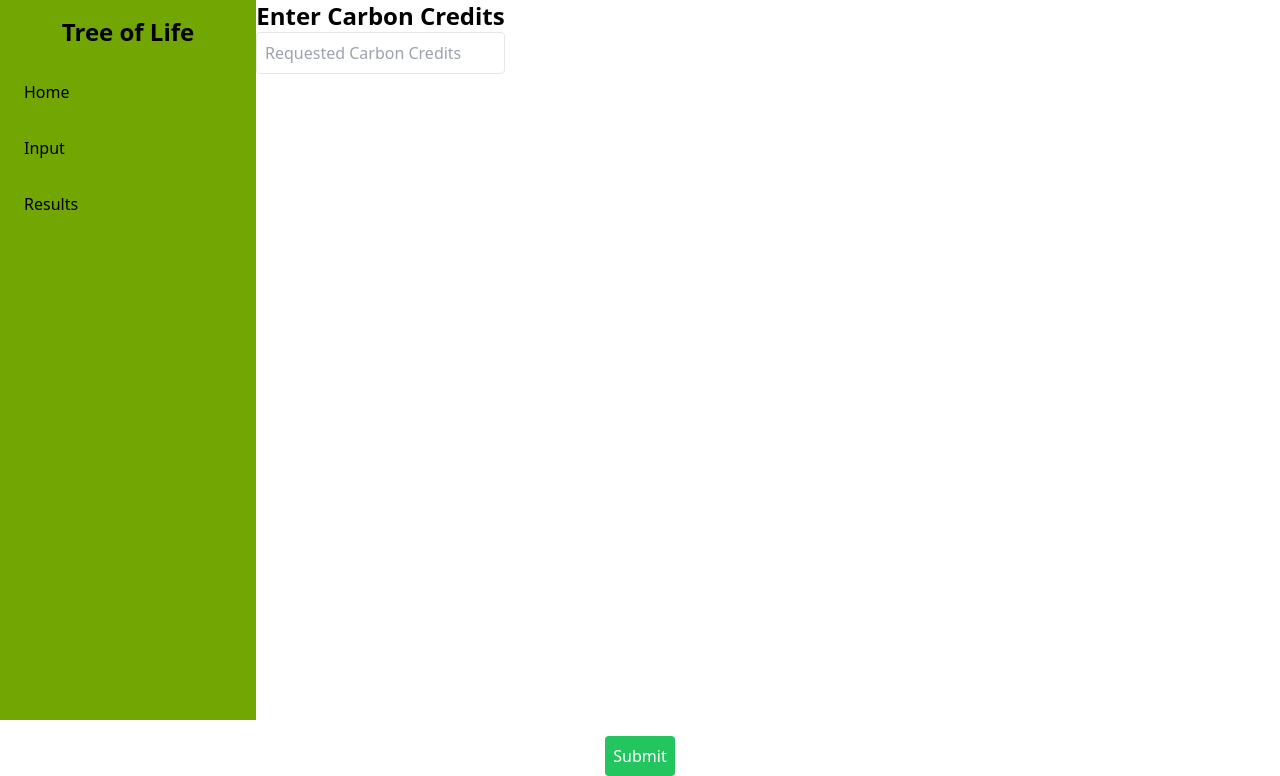
Repository: kayacancode/tolgrainger
Page: /input
These files come from the project's save history. The page is drawn as it stood at one moment and after the next save; the edit follows.
The browser window is 1280 px wide. The pictures show the whole page.
The project was rebuilt for these pictures with package versions that can differ from the ones it lists, and the page was loaded fresh each time. The framework's server and built-in components were replaced by stand-ins that run in the browser. Also part of the build but not shown: next.config.mjs.

Above is the page before, as saved 2024-10-23 16:43:13.

### src/app/input/page.tsx
"use client";


import { useState } from "react";
import { useRouter } from "next/navigation";
import Sidebar from "@/components/Sidebar";

export default function CarbonInputPage() {
  const [credits, setCredits] = useState<number | "">("");
  const router = useRouter();

  const handleSubmit = (e: React.FormEvent) => {
    e.preventDefault();
    router.push("/result");
  };

  return (
    <form onSubmit={handleSubmit} className="space-y-4 text-center">
      <div className="flex">
        <Sidebar />
        <div className="block">
      <h2 className="text-2xl font-bold">Enter Carbon Credits</h2>
      <input
        type="number"
        placeholder="Requested Carbon Credits"
        value={credits}
        onChange={(e) => setCredits(e.target.value)}
        className=" p-2 border rounded"
      />
      </div>
      </div>
      <button type="submit" className="bg-green-500 text-white p-2 rounded">
        Submit
      </button>
    </form>
  );
}

### src/components/SideBar.tsx
// components/Sidebar.tsx
"use client";

import React, { useState } from 'react';
import { useRouter } from 'next/navigation';

const Sidebar = () => {
  const router = useRouter();
  const [active, setActive] = useState<string>("");

  const handleNavigation = (path: string) => {
    setActive(path);
    router.push(path);
  };

  const links = [
    { name: "Home", path: "/" },
    { name: "Input", path: "/input" },
    { name: "Results", path: "/result" },
  ];

  return (
    <div className="w-64 h-screen bg-[#72A603] text-black flex flex-col">
      <h2 className="text-center text-2xl font-bold py-4">Tree of Life</h2>
      <nav className="flex-1">
        <ul>
          {links.map((link) => (
            <li key={link.path} className="py-2 px-4">
              <button
                className={`w-full text-left p-2 rounded hover:bg-gray-700 ${
                  active === link.path ? "bg-gray-700" : ""
                }`}
                onClick={() => handleNavigation(link.path)}
              >
                {link.name}
              </button>
            </li>
          ))}
        </ul>
      </nav>
    </div>
  );
};

export default Sidebar;

### tailwind.config.js
/** @type {import('tailwindcss').Config} */
module.exports = {
  content: [
    "./src/**/*.{js,jsx,ts,tsx}", // Include all your React components
    "./public/index.html",
  ],
  theme: {
    extend: {},
  },
  plugins: [],
};

Loaded but not shown: src/app/layout.tsx (common file); src/app/globals.css (common file)

After the next save:
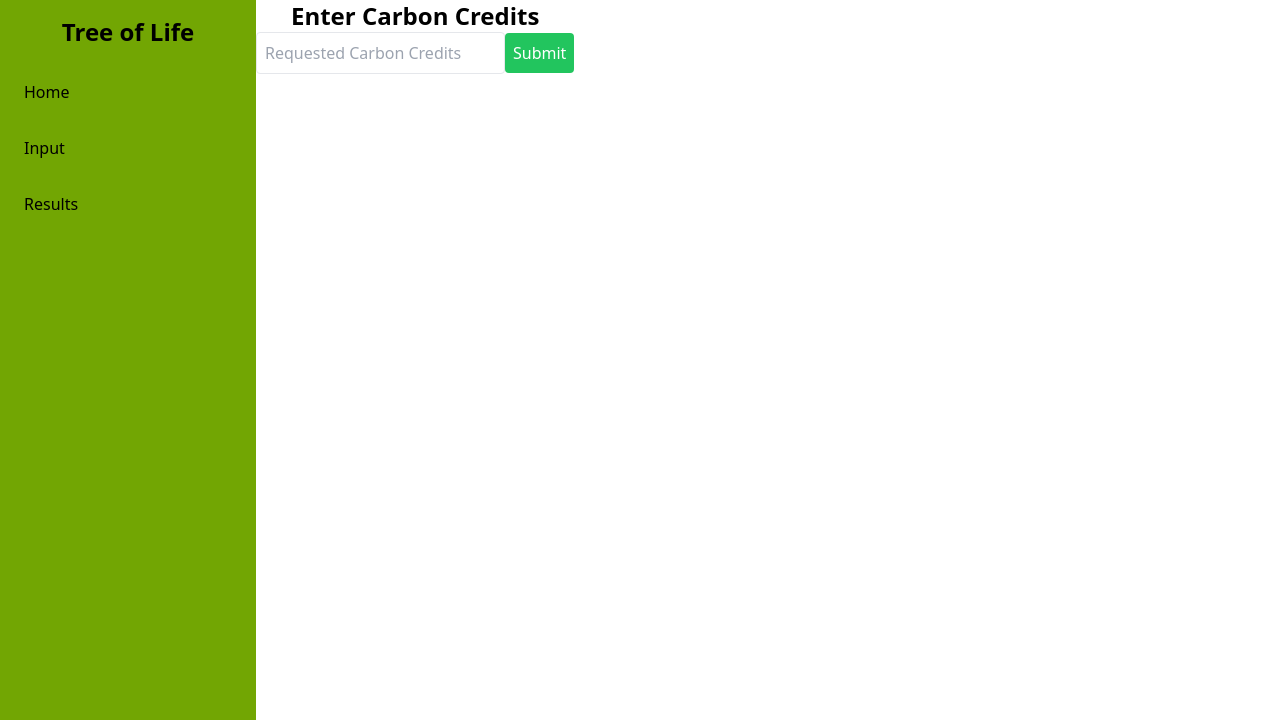
Saved 6 s later.
--- a/src/app/input/page.tsx
+++ b/src/app/input/page.tsx
@@ -27,11 +27,12 @@ export default function CarbonInputPage() {
         onChange={(e) => setCredits(e.target.value)}
         className=" p-2 border rounded"
       />
+        <button type="submit" className="bg-green-500 text-white p-2 rounded">
+        Submit
+      </button>
       </div>
       </div>
-      <button type="submit" className="bg-green-500 text-white p-2 rounded">
-        Submit
-      </button>
+
     </form>
   );
 }
